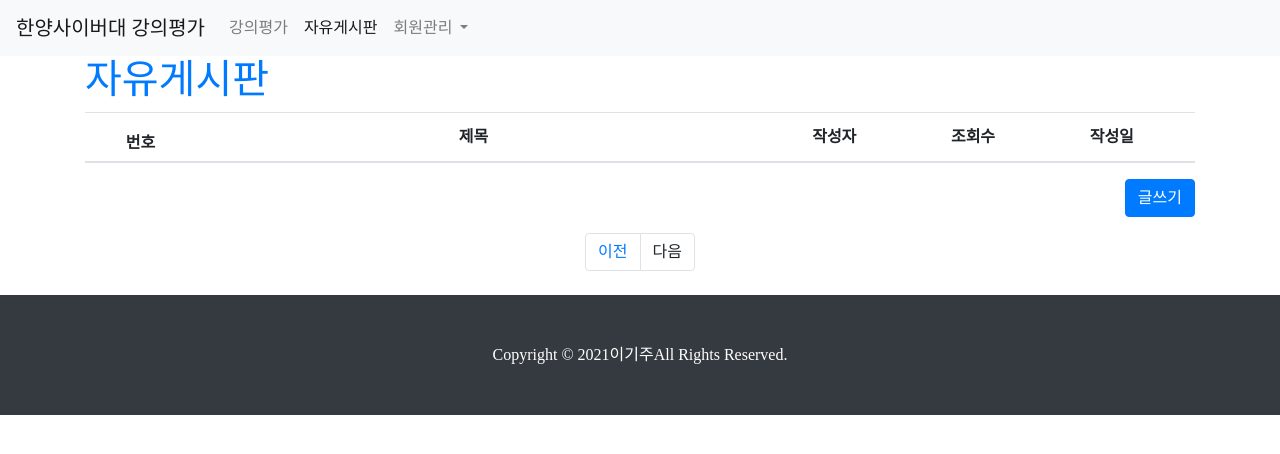
Repository: lkjjjang/hycu
Page: http://localhost/hycujjang/freeBoard.jsp
The author's editor kept a copy of each file at every save. The page is drawn from the files as they stood at one save, then again after the next save.
The browser window is 1280 px wide. The pictures show the whole page.
Some web fonts or font styles are not loaded; a fallback is used. The page is served by Tomcat 9. Nobody is signed in. The application's start-up code is not run. Other server files are loaded and not shown. The template is opened directly, without the code that normally fills it, so the values that code supplies are empty.

Above is the page before, as saved 2022-01-02 07:11:54.

### hycujjang/WebContent/freeBoard.jsp
<%@ page language="java" contentType="text/html; charset=UTF-8"
    pageEncoding="UTF-8"%>
<%@ page import="java.util.ArrayList" %>
<%@ page import="java.net.URLEncoder" %>
<%@ page import="java.io.PrintWriter" %>
<%@ taglib prefix="c" uri="http://java.sun.com/jsp/jstl/core"%>
<%@ taglib prefix="fmt" uri="http://java.sun.com/jsp/jstl/fmt"%>

<!DOCTYPE html>
<html>
<head>
	<meta charset="UTF-8">
	<meta name="viewport" content="width=device-width, initial-scale=1, shrink-to-fit=no">
	<title>한양사이버대 강의평가</title>
	<!-- 부트스트랩 CSS 추가하기 -->
	<link rel="stylesheet"
			href="https://stackpath.bootstrapcdn.com/bootstrap/4.4.1/css/bootstrap.min.css"
			integrity="sha384-Vkoo8x4CGsO3+Hhxv8T/Q5PaXtkKtu6ug5TOeNV6gBiFeWPGFN9MuhOf23Q9Ifjh"
			crossorigin="anonymous">
	<!-- 커스텀 CSS 추가하기 -->
	<link rel="stylesheet" href="./css/custom.css">
</head>
<body>

	<nav class="navbar navbar-expand-md navbar-light bg-light">
		<a class="navbar-brand" href="index.jsp">한양사이버대 강의평가</a>
		<button class="navbar-toggler" type="button" data-toggle="collapse" data-target="#navbar">
			<span class="navbar-toggler-icon"></span>
		</button>
		<div id="navbar" class="collapse navbar-collapse">
			<ul class="navbar-nav mr-auto">
				<li class="nav-item">
					<a class="nav-link" href="lectureBoardController?pageNumber=1">강의평가</a>
				</li>
				<li class="nav-item active">
					<a class="nav-link" href="freeBoardController?pageNumber=1">자유게시판</a>
				</li>
				<li class="nav-item dropdown">
					<a class="nav-link dropdown-toggle" id="dropdown" data-toggle="dropdown" href="index.jsp">
						회원관리
					</a>
					<div class="dropdown-menu" aria-labelledby="dropdown">
						<a class="dropdown-item" href="logout.jsp">로그아웃</a>
					</div>
				</li>
			</ul>
		</div>
	</nav>

	<div class="container">
		<h1>
    		<a class="ed link-primary text-bold title-underline" href="freeBoardController?pageNumber=1">자유게시판</a>
  		</h1>
			<table class="table table-hover">
				<colgroup>
					<col width="10%"/>
					<col width="50%"/>
					<col width="15%"/>
					<col width="10%"/>
					<col width="15%"/>
				</colgroup>
				<thead style="text-align: center;">
					<tr>
						<th style="padding: 6px;">번호</th>
						<th>제목</th>
						<th>작성자</th>
						<th>조회수</th>
						<th>작성일</th>
					</tr>
				</thead>
				<tbody>
					<c:forEach var="freeBBS" items="${freeBBS}" begin="0" end="${freeBBSListPrintCount}">
						<tr>
							<td style="text-align: center;">
								<c:if test="${userID == 'admin'}">
									<input type="checkbox" name="delCheck_id" id="delCheck_id" value="${freeBBS.bbsID}">
								</c:if>
								${freeBBS.bbsID}
							</td>
							<td>
								<a href="freeBoardDetailController?id=${freeBBS.bbsID}">${freeBBS.bbsTitle}</a>
								<c:if test="${freeBBS.commentCount != 0}">[${freeBBS.commentCount}]</c:if>
								<c:if test="${freeBBS.useImage == 1}"><img src="images/imageIcon.png"></c:if>
							</td>
							<td style="text-align: center;">${freeBBS.nickName}</td>
							<td style="text-align: center;">${freeBBS.bbsHit}</td>
							<td style="text-align: center;">${freeBBS.bbsDate}</td>
						</tr>
					</c:forEach>
				</tbody>
			</table>
		<c:if test="${userID == 'admin'}">
			<div id="checkList">
				<button class="btn btn-primary" id="selectAll" onclick="select(this)">전체선택</button>
				<button class="btn btn-danger" id="deleteAll" onclick="deleteAll()">선택삭제</button>
			</div>
		</c:if>
		<c:if test="${userID != 'admin'}">
			<c:if test="${userID == 'guest'}">
				<div style="text-align: right;">
					<button onclick="guestWrite()" class="btn btn-primary">글쓰기</button>
				</div>
			</c:if>
			<c:if test="${userID != 'guest'}">
				<div style="text-align: right;">
					<a href="write.jsp" class="btn btn-primary">글쓰기</a>
				</div>
			</c:if>
		</c:if>

		<!-- 페이지번호 출력 -->
		<!-- 파라미터로 들어오는 페이지 번호를 이용해 startNum값을 구함 -->
		<div>
			<c:set var="page" value="${(param.pageNumber == null) ? 1 : param.pageNumber}"></c:set>
			<c:set var="startNum" value="${page - (page - 1) % 5}"></c:set>
			<c:set var="lastNum" value="${listCount}"></c:set>

			<ul class="pagination justify-content-center mt-3">
				<c:if test="${param.pageNumber == 1}">
					<li class="page-item"><a class="page-link" onclick="alert('이전 페이지가 없습니다.');">이전</a></li>
				</c:if>
				<c:if test="${param.pageNumber != 1}">
					<li class="page-item"><a class="page-link" href="freeBoardController?pageNumber=${param.pageNumber - 1}">이전</a></li>
				</c:if>

				<c:forEach var="i" begin="0" end="4">
					<c:if test="${(startNum + i) <= lastNum}">
						<c:if test="${param.pageNumber == (startNum + i)}">
							<li class="page-item active"><a class="page-link" href="freeBoardController?pageNumber=${startNum + i}">${startNum + i}</a></li>
						</c:if>
						<c:if test="${param.pageNumber != (startNum + i)}">
							<li class="page-item"><a class="page-link" href="freeBoardController?pageNumber=${startNum + i}">${startNum + i}</a></li>
						</c:if>
					</c:if>
				</c:forEach>

				<c:if test="${param.pageNumber == lastNum}">
					<li class="page-item"><a class="page-link" onclick="alert('다음 페이지가 없습니다.');">다음</a></li>
				</c:if>
				<c:if test="${param.pageNumber != lastNum}">
					<li class="page-item"><a class="page-link" href="freeBoardController?pageNumber=${param.pageNumber + 1}">다음</a></li>
				</c:if>
			</ul>
		</div>
	</div>

	<footer class="bg-dark mt-4 p-5 text-center" style="color: #FFFFFF;">
		Copyright &copy; 2021이기주All Rights Reserved.
	</footer>
	<script src="https://code.jquery.com/jquery-3.6.0.js"
  			integrity="sha256-H+K7U5CnXl1h5ywQfKtSj8PCmoN9aaq30gDh27Xc0jk="
  			crossorigin="anonymous">
	</script>
	<script src="https://cdn.jsdelivr.net/npm/popper.js@1.16.0/dist/umd/popper.min.js"
			integrity="sha384-Q6E9RHvbIyZFJoft+2mJbHaEWldlvI9IOYy5n3zV9zzTtmI3UksdQRVvoxMfooAo"
			crossorigin="anonymous">
	</script>
	<script src="https://maxcdn.bootstrapcdn.com/bootstrap/4.0.0/js/bootstrap.min.js"
			integrity="sha384-JZR6Spejh4U02d8jOt6vLEHfe/JQGiRRSQQxSfFWpi1MquVdAyjUar5+76PVCmYl"
			crossorigin="anonymous">
	</script>
	<script type="text/javascript">
		function guestWrite() {
			alert('게스트 계정은 글작성이 불가능 합니다.');
		}
	</script>
	<script type="text/javascript">
		function deleteAll() {
			var checkList = document.getElementsByName('delCheck_id');
			var checkedList = new Array();
			var count = 0;
			for (var i = 0; i < checkList.length; i++) {
				if (checkList[i].checked == true) {
					count++;
					checkedList[i] = checkList[i].value;
				}
			}

			if (count == 0) {
				alert('선택사항이 없습니다.');
				return;
			}

			var data = new Array();
			for (var i = 0; i < checkedList.length; i++) {
				if (checkedList[i] != null) {
					var dataTemp = new Object();
					dataTemp.id = checkedList[i];
					data.push(dataTemp);
				}
			}

			$.ajax({
				type: "post",
				url: "freeBoardDeleteController",
				data: JSON.stringify(data),
				contentType: "application/json; charset=utf-8",
				dataType: "json",

				success: function(json) {
					if (json[0].resultCode == 'ok') {
						alert('삭제 되었습니다.');
					} else {
						alert('데이터베이스 오류 입니다.');
					}
					location.reload();
				},
				error: function(json) {
					alert('시스템 오류 입니다.')
				}
			});
		}
	</script>
	<script type="text/javascript">
		function select(tagID) {
			var id = tagID.id;
			var checkList = document.getElementsByName('delCheck_id');
			for (var i = 0; i < checkList.length; i++) {
				if (id == 'selectAll') {
					checkList[i].checked = true;
				} else {
					checkList[i].checked = false;
				}
			}

			if (id == 'selectAll') {
				changeId('cancel', '선택해제');
			} else {
				changeId('selectAll', '전체선택');
			}
		}

		function changeId(id, text)  {
			  const btnElement = document.getElementById('checkList');
			  btnElement.innerHTML = '<button class="btn btn-primary" id="' + id + '" onclick="select(this)">'+ text +'</button>' +
			  							'<button class="btn btn-danger" id="deleteAll" onclick="deleteAll()">선택삭제</button>';
		}
	</script>
</body>
</html>

### hycujjang/WebContent/css/custom.css
@import url(https://fonts.googleapis.com/earlyaccess/jejugothic.css);
@import url(https://fonts.googleapis.com/css2?family=Nanum+Gothic&display=swap);
.navbar-brand, h1, h2, h3, h4 {
	font-family: 'Jeju Gothic';
}
h5 {
	font-family: 'Jeju Gothic';
	font-size: 18px;
}
body {
	font-family: 'Nanum Gothic';
}

After the next save:
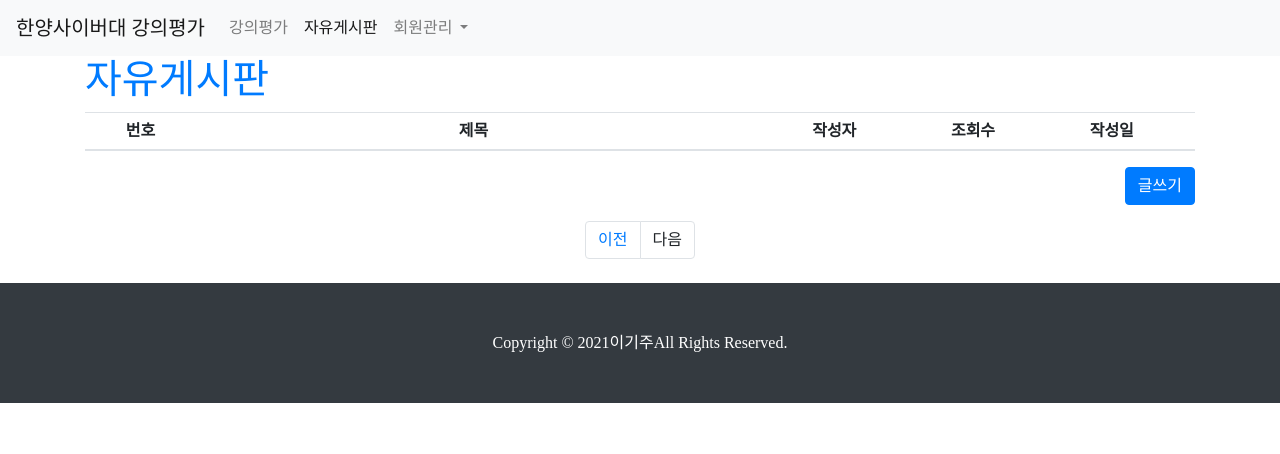
Saved 27 s later.
--- a/hycujjang/WebContent/freeBoard.jsp
+++ b/hycujjang/WebContent/freeBoard.jsp
@@ -62,10 +62,10 @@
 				<thead style="text-align: center;">
 					<tr>
 						<th style="padding: 6px;">번호</th>
-						<th>제목</th>
-						<th>작성자</th>
-						<th>조회수</th>
-						<th>작성일</th>
+						<th style="padding: 6px;">제목</th>
+						<th style="padding: 6px;">작성자</th>
+						<th style="padding: 6px;">조회수</th>
+						<th style="padding: 6px;">작성일</th>
 					</tr>
 				</thead>
 				<tbody>
